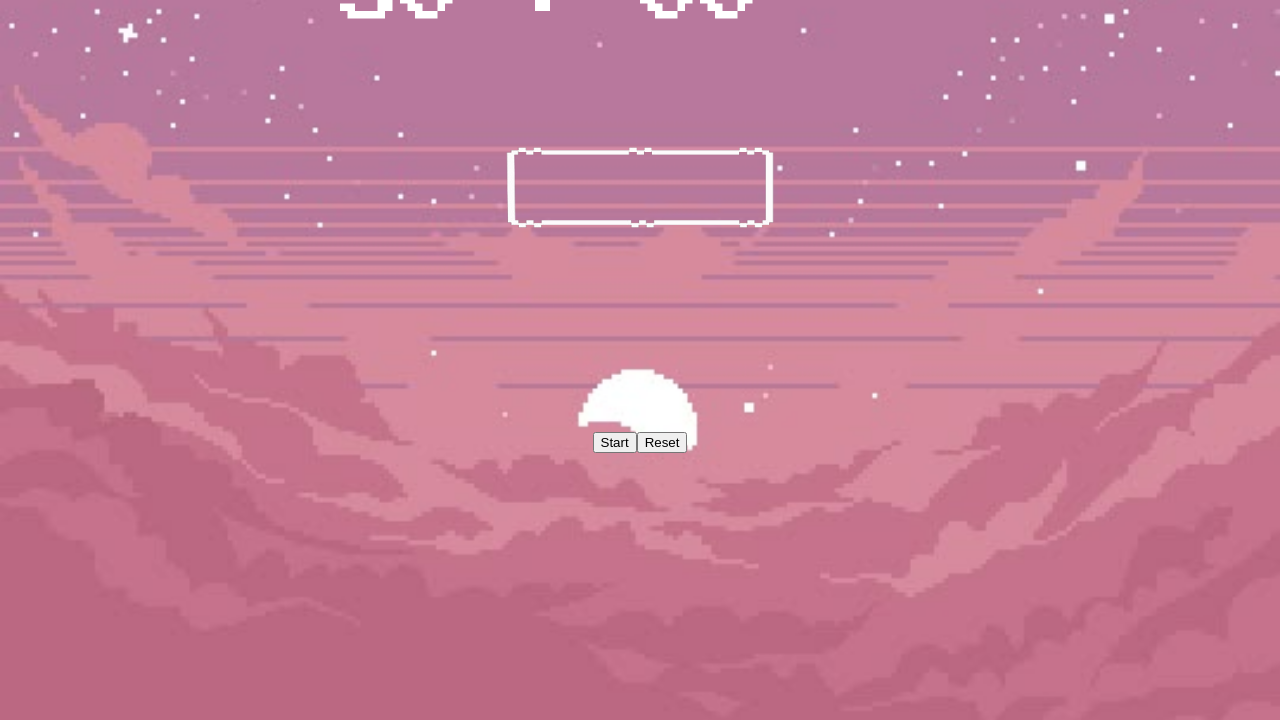
Repository: niharikapatil2306/Study-Timer
Page: index.html
These files come from the project's save history. The page is drawn as it stood at one moment and after the next save; the edit follows.
The browser window is 1280 px wide. The pictures show the whole page.

Above is the page before, as saved 2025-02-15 17:41:10.

### index.html
<!DOCTYPE html>
<html lang="en">
<head>
    <meta charset="UTF-8">
    <meta name="viewport" content="width=device-width, initial-scale=1.0">
    <title>Study Timer</title>
    <link href="https://fonts.googleapis.com/css2?family=Press+Start+2P&display=swap" rel="stylesheet">
    <link rel="stylesheet" href="style.css" />
</head>
<body style="background-color: black;">
    <div class="container">
        <div class="timer">
            <div class="box">
                <span id="min">
                    50
                </span>
                :
                <span id="sec">
                    00
                </span>
            </div>
        </div>
        <div class="button_container">
            <button id="start">
                Start
            </button>
            <button id="reset">
                Reset
            </button>
        </div>
    </div>
    <script src="./clock.js"></script>
</body>
</html>

### style.css
body {
    margin: 0;
    padding: 0;
    background: url("./img/bg.jpeg") no-repeat center center fixed;
    background-size: cover;
}

.container{
    height: 100vh;
}

.box{
    width: 600px;   /* same as your border image width */
    height: 500px;  /* same as your border image height */
    background: url('./img/border1.png') no-repeat center center;
    background-size: 400px 200px;
}

.timer{
    font-family: 'Press Start 2P', monospace;
    height: 60vh;
    font-size: 60px;
    font-weight: 400;
    color: white;
    display: flex;
    align-items: center;
    justify-content: center;
}

.button_container{
    display: flex;
    align-items: center;
    justify-content: center;
}

/* .timer {

    font-size: 50px;
    color: ivory;
    text-rendering: optimizeSpeed;
}

.box{
    width: max-content ;
    border: 1px solid white;
}

span{
    padding: 4px;
    margin: 8px;
}

.container{
    text-align: center;
    width: 100vw;
    height: 100vh;
    display: flex;
    position: relative; */
    /* flex-direction: column;
    justify-content: center;

} */

### clock.js
let timer;
let timeLeft = 50*60 // 50 minutes
const min = document.getElementById("min");
const sec = document.getElementById("sec");
const startBtn = document.getElementById("start");
const resetBtn = document.getElementById("reset");

function updateDisplay(){
    let minutes = Math.floor(timeLeft/60);
    let seconds = timeLeft%60;
    min.textContent = minutes.toString().padStart(2, "0");
    sec.textContent = seconds.toString().padStart(2, "0");
}

startBtn.addEventListener("click", () => {
    if(!timer){
        timer = setInterval(() => {
            if(timeLeft>0){
                timeLeft--;
                updateDisplay();
            }
            else{
                clearInterval(timer);
                timer = null;
                alert("Take a break!!")
            }
        }, 1000);
    }
});

resetBtn.addEventListener("click", () => {
    clearInterval(timer);
    timer = null;
    timeLeft = 50*60;
    updateDisplay();
});

After the next save:
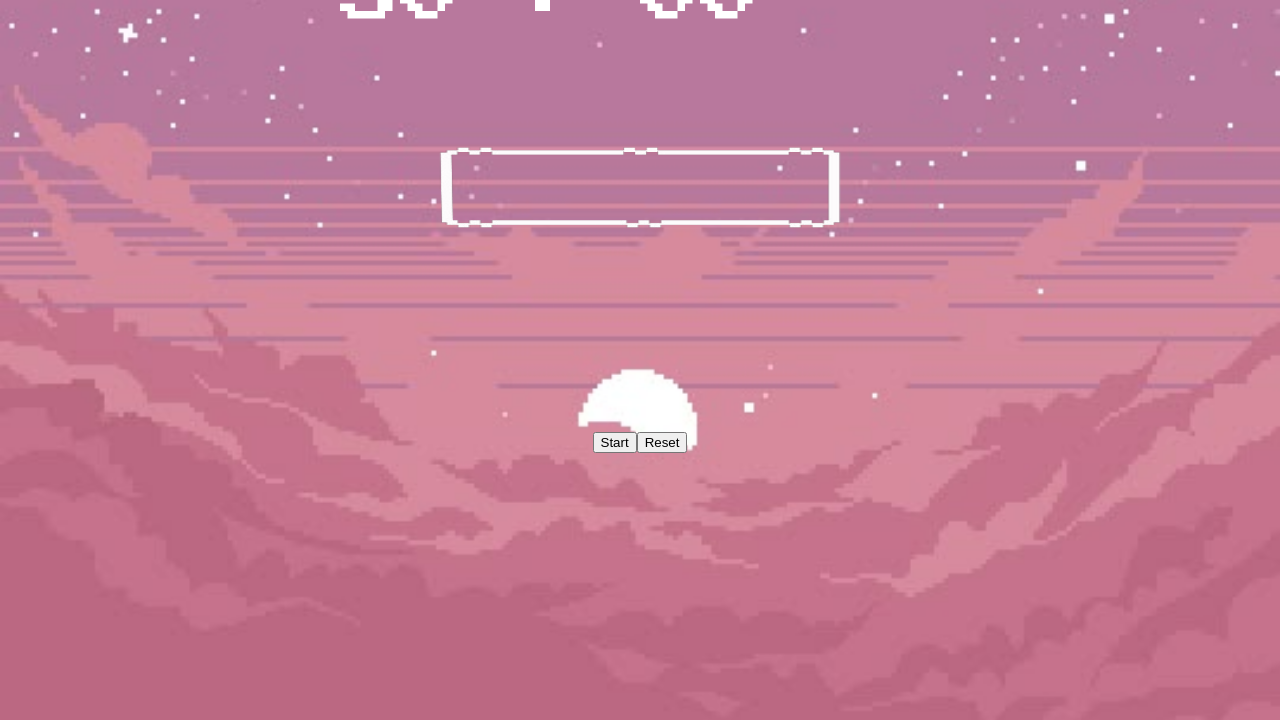
Saved 9 s later.
--- a/style.css
+++ b/style.css
@@ -13,7 +13,7 @@ body {
     width: 600px;   /* same as your border image width */
     height: 500px;  /* same as your border image height */
     background: url('./img/border1.png') no-repeat center center;
-    background-size: 400px 200px;
+    background-size: 600px 200px;
 }
 
 .timer{
